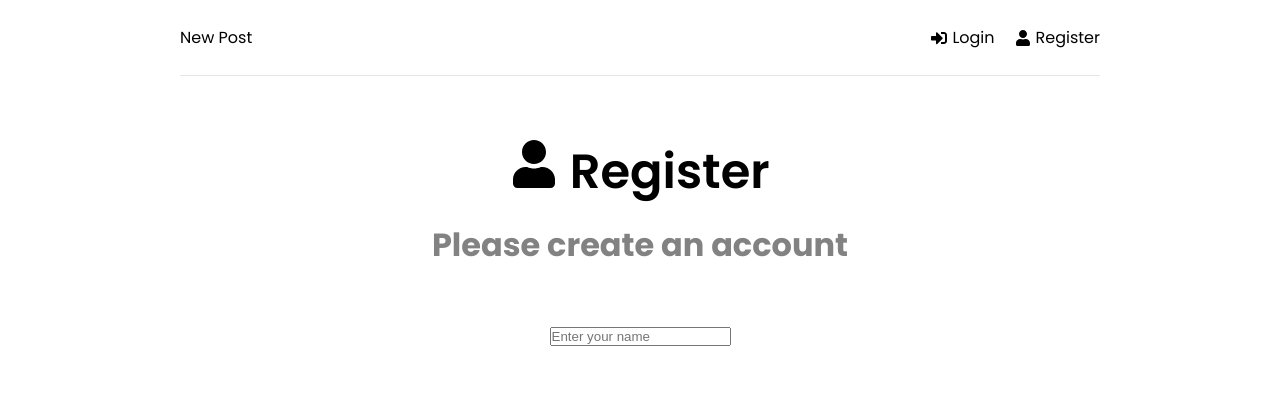
Repository: OdellPurifoy/geek_speek
Page: /register (app in frontend/)
An editor plug-in stored every save of this project. The page is shown before and after the next save, followed by the edit.
The browser window is 1280 px wide. The pictures show the whole page.
The project was rebuilt for these pictures with package versions that can differ from the ones it lists, and the page was loaded fresh each time. Also part of the build but not shown: frontend/src/pages/Dashboard.jsx, frontend/src/pages/Login.jsx.

Above is the page before, as saved 2022-07-06 16:17:16.

After the next save:
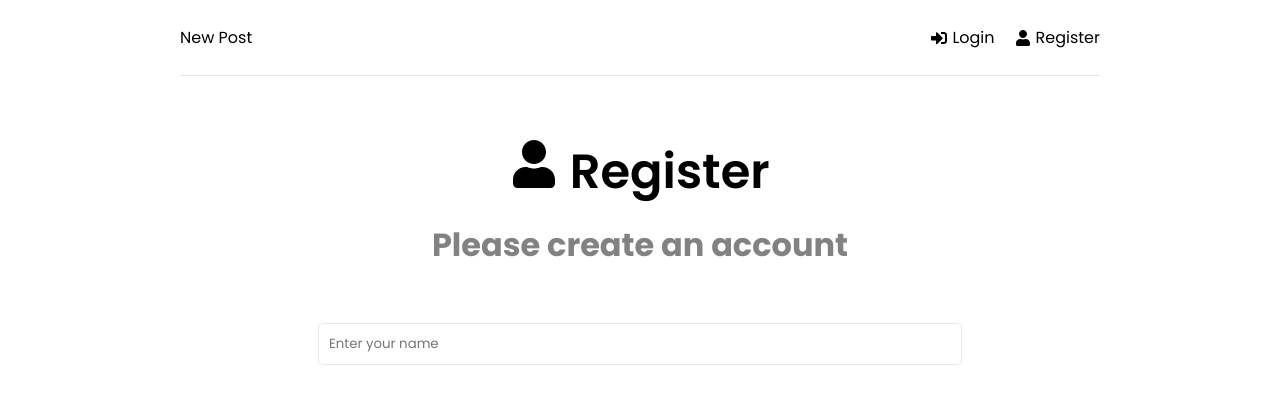
Saved 79 s later.
--- a/frontend/src/pages/Register.jsx
+++ b/frontend/src/pages/Register.jsx
@@ -25,7 +25,9 @@ function Register() {
 
       <section className="form">
         <form>
-          <input type="text" className="form-control" id="name" name="name" value={name} placeholder="Enter your name" onChange={onChange}/>
+          <div className="form-group">
+            <input type="text" className="form-control" id="name" name="name" value={name} placeholder="Enter your name" onChange={onChange}/>
+          </div>
         </form>
       </section>
     </>
